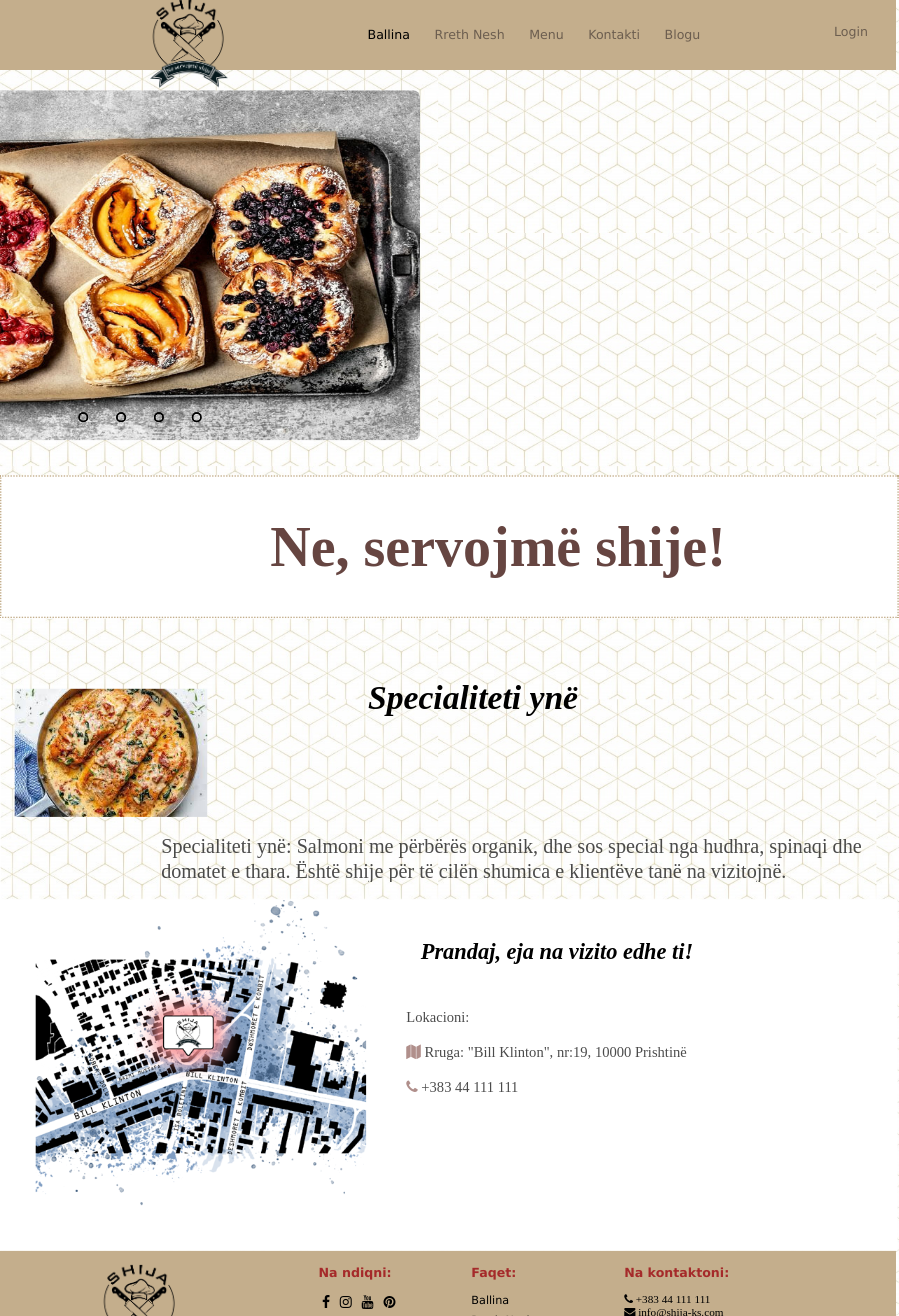
Repository: bs47892/ProjektiWeb-Shija2020
Page: shija.html
These files come from the project's save history. The page is drawn as it stood at one moment and after the next save; the edit follows.
The browser window is 1280 px wide. The page is 1284 px wide, then 1280 px, so the pictures cover 1284 px, including what lies to the right of the window. The pictures show the part of the page from y = 0 to 1880 px (the page is 2013 px tall before and 3936 px after), at 70% of full size.
Some web fonts or font styles are not loaded; a fallback is used.

Above is the page before, as saved 2021-03-16 21:40:06.

After the next save:
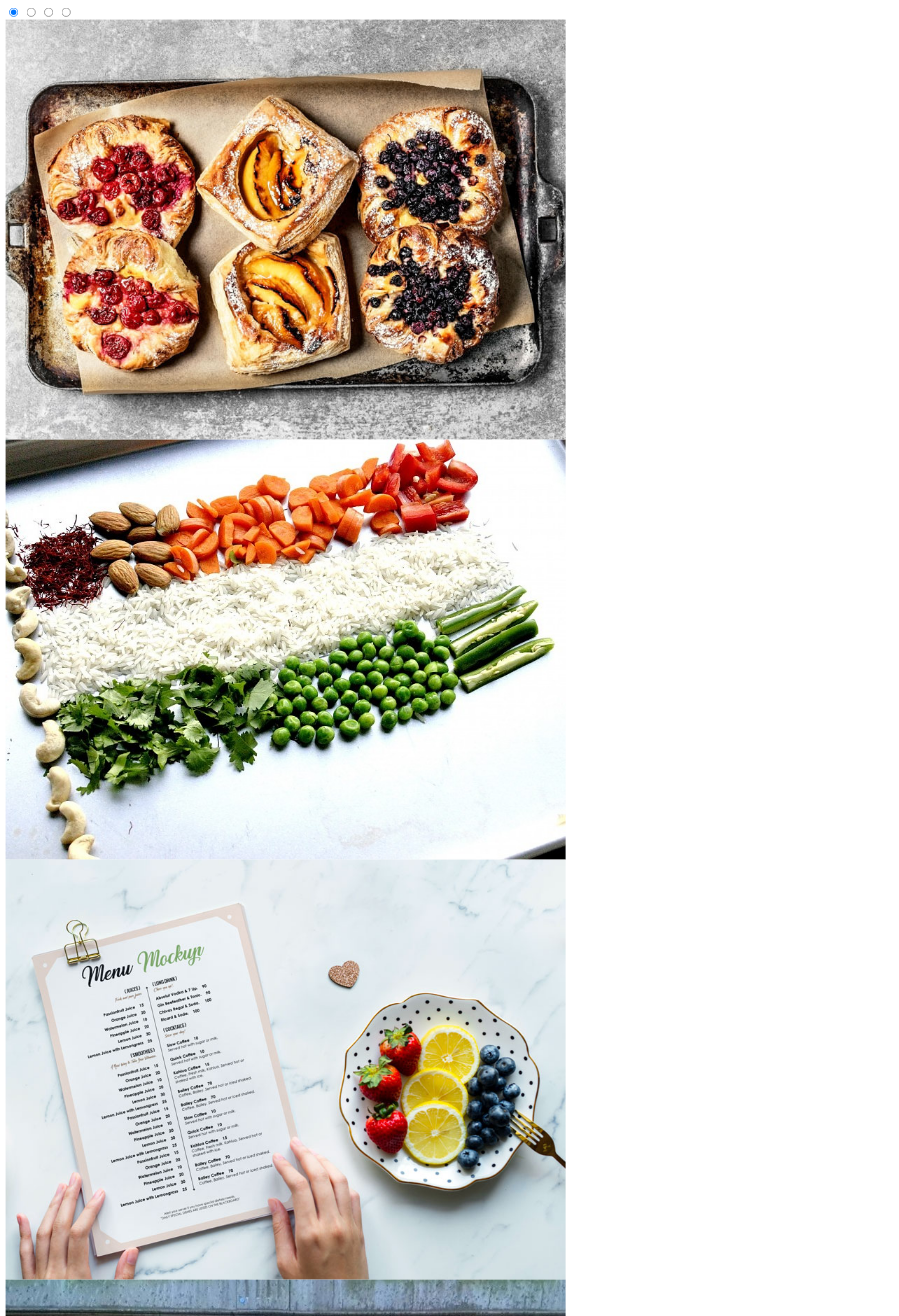
Saved 5 s later.
--- a/shija.html
+++ b/shija.html
@@ -1,35 +1,4 @@
-<!DOCTYPE html>
-<html lang="en" dir="ltr">
-    <head>
-        <meta charset="utf-8">
-<title> Restaurant Shija </title>
-<link rel="stylesheet" type="text/css" href ="style.css">
-<link rel="stylesheet" href="https://stackpath.bootstrapcdn.com/font-awesome/4.7.0/css/font-awesome.min.css">
-<link rel="preconnect" href="https://fonts.gstatic.com">
 
-<link href="https://fonts.googleapis.com/css2?family=Dancing+Script&family=EB+Garamond&family=Lovers+Quarrel&display=swap" rel="stylesheet">
-    </head>
-    <body>
-       <header class="header">
-           <div class ="container">
-               <div class="logo">
-            <img src="images/logo-png.png" alt="llogo" width="110" height="125"/>
-               </div>
-           <nav>
-            <ul>
-                <li><a href="shija.html" class="underline active">Ballina</a></li>
-                <li><a href="RrethNesh.html" class="underline">Rreth Nesh</a></li>
-                <li><a href="menu.html" class="underline">Menu</a></li>
-                <li><a href="kontakti.html" class="underline">Kontakti</a></li>
-                <li><a href="blog.html">Blogu</a></li>
-            </ul>
-            </nav>
-            <li><a href="login/login.html" class="rightlog">Login</a></li>
-
-
-           </div>
-        </header>
- <!--********************Ketu perfundon tagu per header*****************************-->
  <!--ketu fillon slideri-->
 <div class="slider">
     <dic class="slides">
